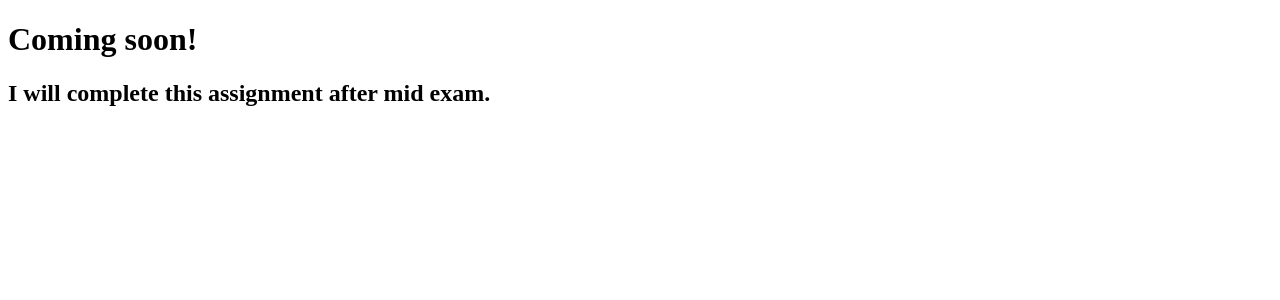
Repository: luqmang316/luqmang316.github.io
Page: Events/EventsCleanScreen.html
These files come from the project's save history. The page is drawn as it stood at one moment and after the next save; the edit follows.
The browser window is 1280 px wide. The pictures show the whole page.

Above is the page before, as saved 2021-08-08 13:50:37.

After the next save:
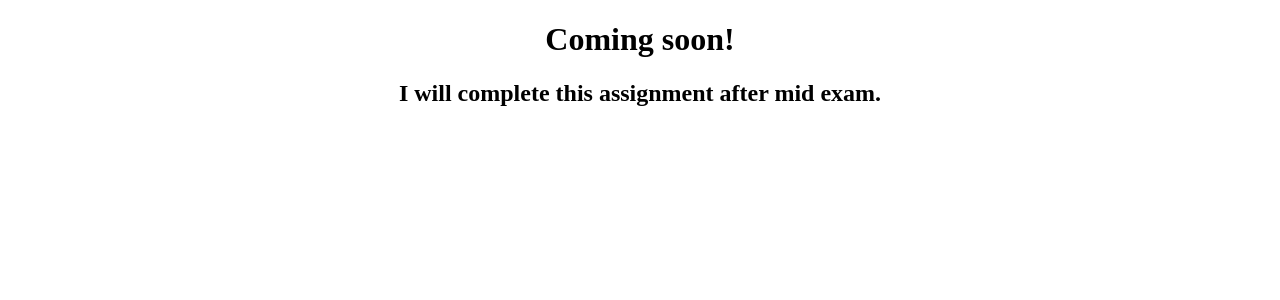
Saved 2 min 26 s later.
--- a/Events/EventsCleanScreen.html
+++ b/Events/EventsCleanScreen.html
@@ -3,6 +3,8 @@
 
 <head>
     <title>Events Clean Screen </title>
+    <link href="maze.css" type="text/css" rel="stylesheet">
+
 </head>
 
 <body>
